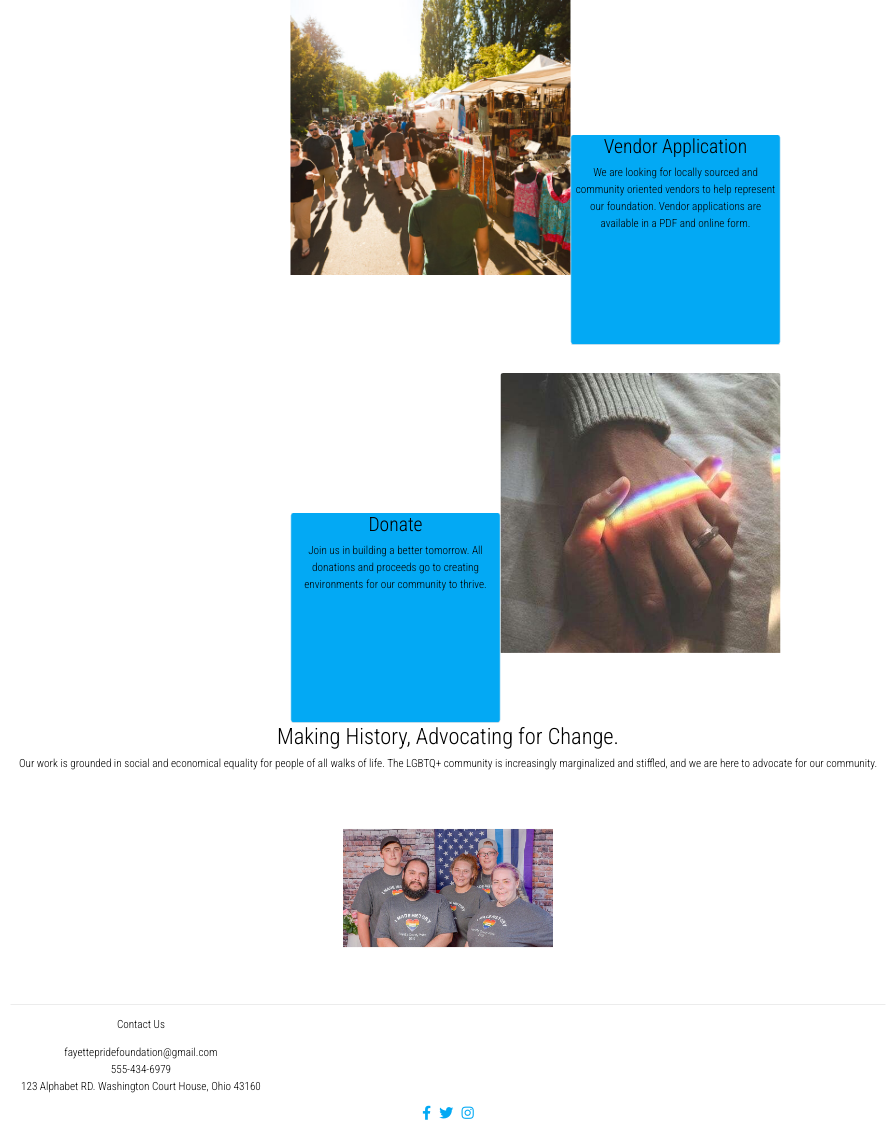
Repository: Code-Institute-Submissions/https-github.com-callendera-Milestone-Project-2
Page: index.html
The author's editor kept a record of every edit. The page is drawn from the files as they stood at one moment, then again after the next edit.
The browser window is 1280 px wide. The pictures show the part of the page from y = 1324 to 3244 px (the page is 2944 px tall before and 3244 px after), at 70% of full size.
Backgrounds fixed to the window are drawn as part of the page. Some web libraries are served in a nearby version.

Above is the page before.

After the next edit:
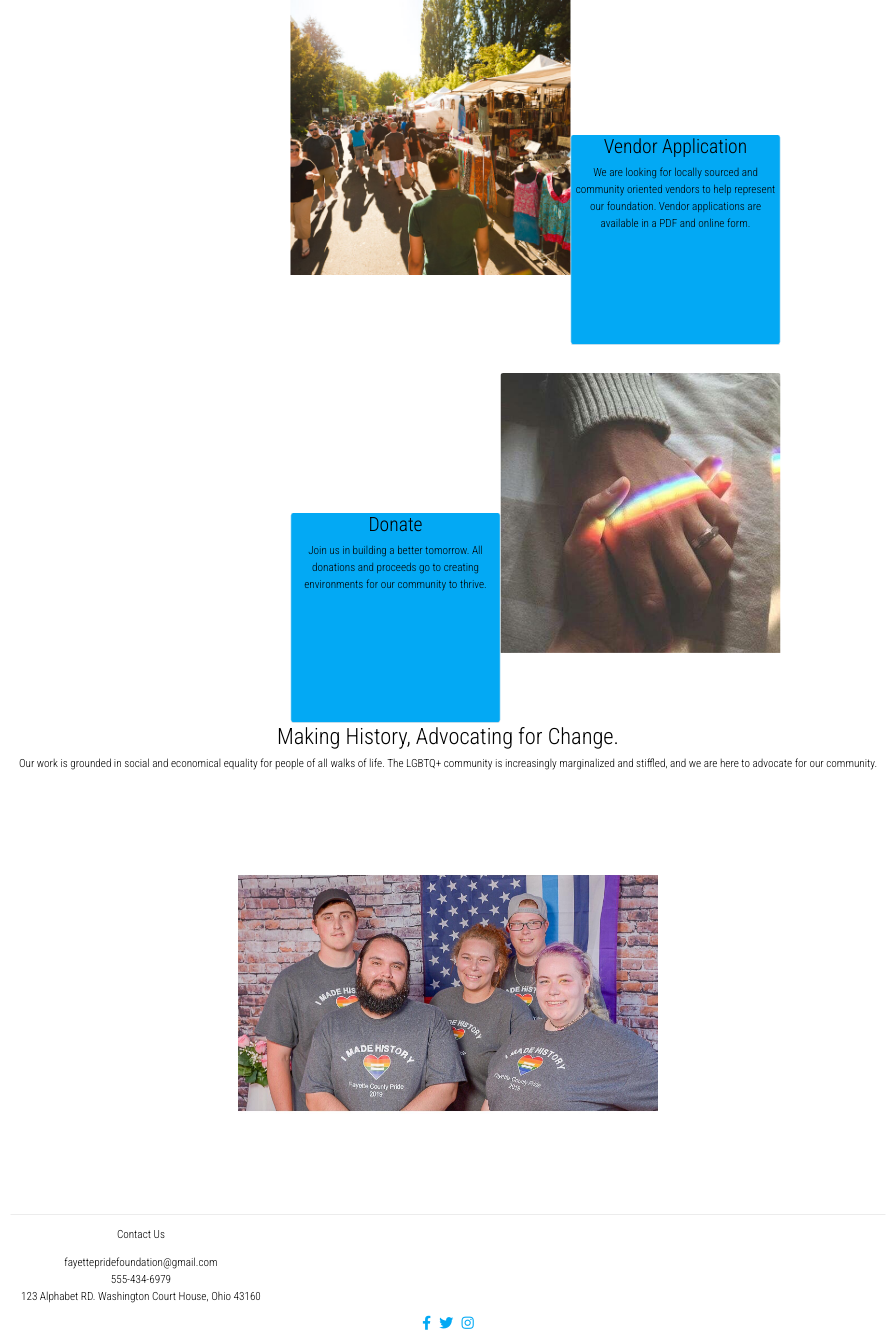
The edit:
--- a/index.html
+++ b/index.html
@@ -125,7 +125,7 @@
                 <p>Our work is grounded in social and economical equality for people of all walks of life. The LGBTQ+ community is increasingly marginalized and stiffled, and we are here to advocate for our community. </p>
             </div>
             <div class="col-12">
-                <img src="assets/images/group.png" width="300" height="300" class="rounded" alt="">
+                <img src="assets/images/group.png" width="600" height="600" class="rounded" alt="">
             </div>
         </div>
 
